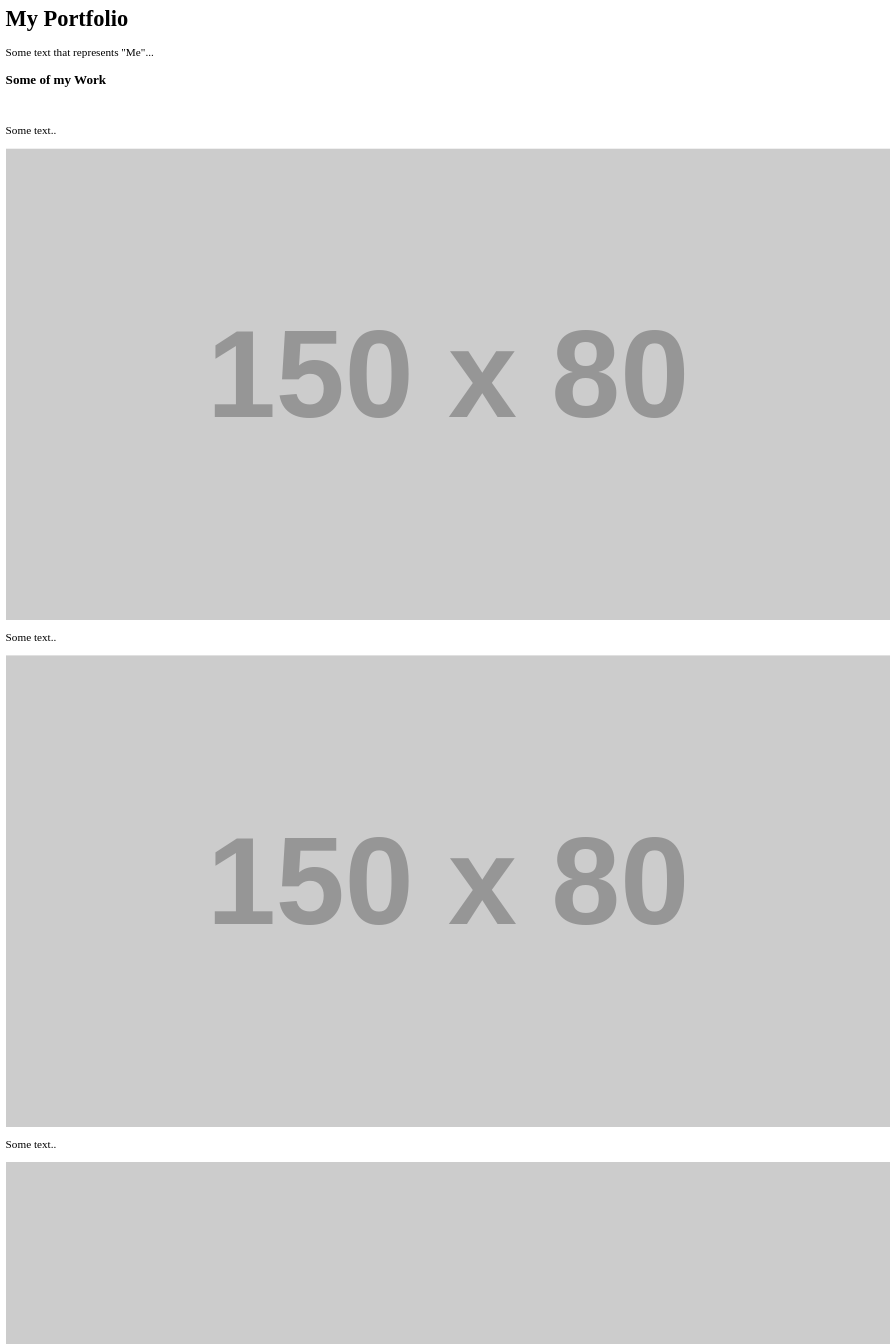
Repository: NeeleshPoojari/Project-2
Page: frontend_project2/WebContent/views/home.html
The author's editor kept a copy of each file at every save. The page is drawn from the files as they stood at one save, then again after the next save.
The browser window is 1280 px wide. The pictures show the part of the page from y = 0 to 1920 px (the page is 6117 px tall before and 6159 px after), at 70% of full size.

Above is the page before, as saved 2017-07-16 14:21:04.

### frontend_project2/WebContent/views/home.html
   <style>
    /* Remove the navbar's default margin-bottom and rounded borders */
    .navbar {
      margin-bottom: 0;
      border-radius: 0;
    }

    /* Add a gray background color and some padding to the footer */
    footer {
      background-color: #f2f2f2;
      padding: 25px;
    }
  </style>
</head>
<body>

<!-- <nav class="navbar navbar-inverse">
  <div class="container-fluid">
    <div class="navbar-header">
      <button type="button" class="navbar-toggle" data-toggle="collapse" data-target="#myNavbar">
        <span class="icon-bar"></span>
        <span class="icon-bar"></span>
        <span class="icon-bar"></span>
      </button>
      <a class="navbar-brand" href="#">Portfolio</a>
    </div>
    <div class="collapse navbar-collapse" id="myNavbar">
      <ul class="nav navbar-nav">
        <li class="active"><a href="#">Home</a></li>
        <li><a href="#">About</a></li>
        <li><a href="#">Gallery</a></li>
        <li><a href="#">Contact</a></li>
      </ul>
      <ul class="nav navbar-nav navbar-right">
        <li><a href="#"><span class="glyphicon glyphicon-log-in"></span> Login</a></li>
      </ul>
    </div>
  </div>
</nav> -->

<div class="jumbotron">
  <div class="container text-center">
    <h1>My Portfolio</h1>
    <p>Some text that represents "Me"...</p>
  </div>
</div>

<div class="container-fluid bg-3 text-center">
  <h3>Some of my Work</h3><br>
  <div class="row">
    <div class="col-sm-3">
      <p>Some text..</p>
      <img src="https://placehold.it/150x80?text=IMAGE" class="img-responsive" style="width:100%" alt="Image">
    </div>
    <div class="col-sm-3">
      <p>Some text..</p>
      <img src="https://placehold.it/150x80?text=IMAGE" class="img-responsive" style="width:100%" alt="Image">
    </div>
    <div class="col-sm-3">
      <p>Some text..</p>
      <img src="https://placehold.it/150x80?text=IMAGE" class="img-responsive" style="width:100%" alt="Image">
    </div>
    <div class="col-sm-3">
      <p>Some text..</p>
      <img src="https://placehold.it/150x80?text=IMAGE" class="img-responsive" style="width:100%" alt="Image">
    </div>
  </div>
</div><br>

<div class="container-fluid bg-3 text-center">
  <div class="row">
    <div class="col-sm-3">
      <p>Some text..</p>
      <img src="https://placehold.it/150x80?text=IMAGE" class="img-responsive" style="width:100%" alt="Image">
    </div>
    <div class="col-sm-3">
      <p>Some text..</p>
      <img src="https://placehold.it/150x80?text=IMAGE" class="img-responsive" style="width:100%" alt="Image">
    </div>
    <div class="col-sm-3">
      <p>Some text..</p>
      <img src="https://placehold.it/150x80?text=IMAGE" class="img-responsive" style="width:100%" alt="Image">
    </div>
    <div class="col-sm-3">
      <p>Some text..</p>
      <img src="https://placehold.it/150x80?text=IMAGE" class="img-responsive" style="width:100%" alt="Image">
    </div>
  </div>
</div><br><br>

<footer class="container-fluid text-center">
  <p>Footer Text</p>
</footer>

After the next save:
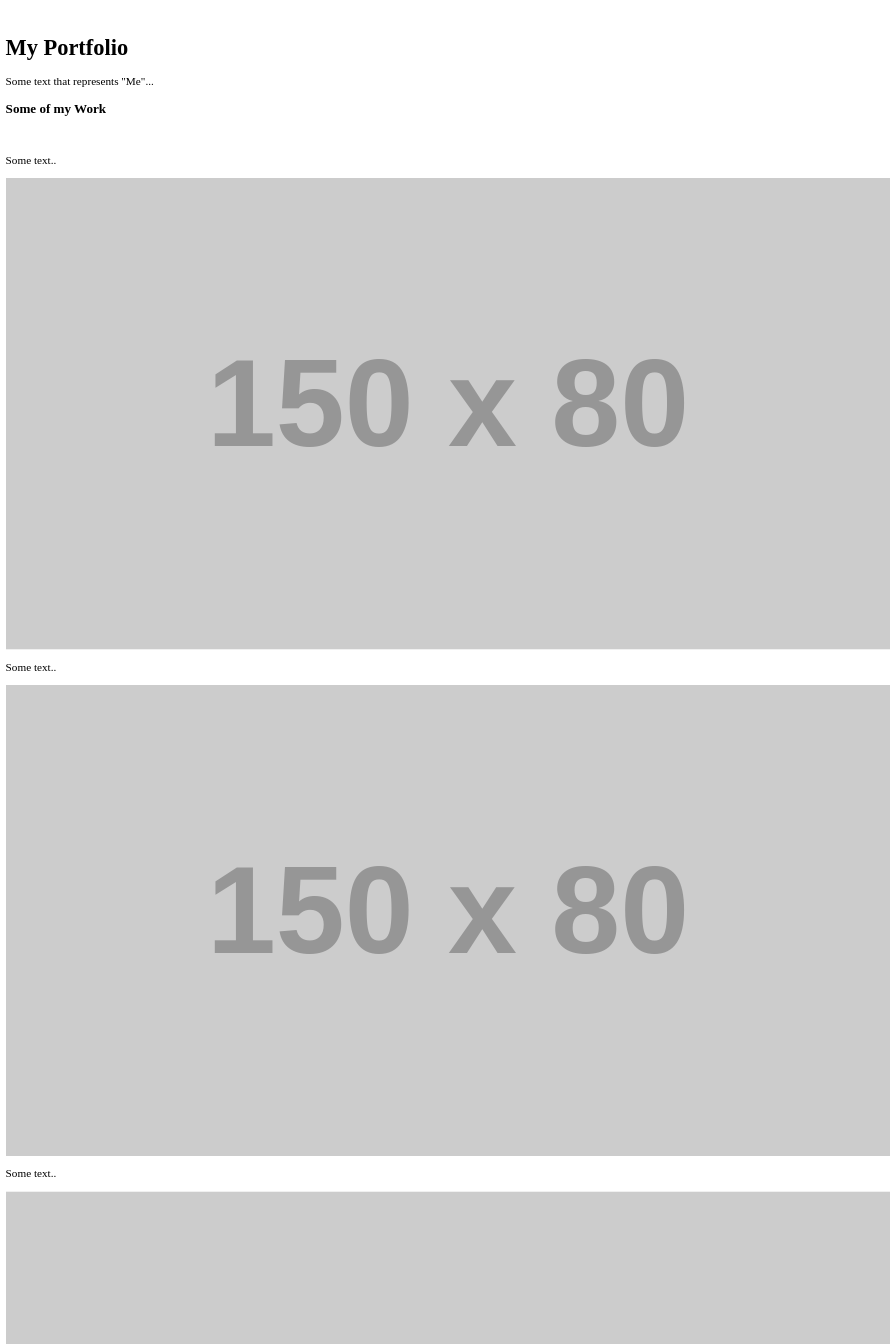
Saved 24 s later.
--- a/frontend_project2/WebContent/views/home.html
+++ b/frontend_project2/WebContent/views/home.html
@@ -38,7 +38,7 @@
   </div>
 </nav> -->
 
-<div class="jumbotron">
+<div class="jumbotron" style="margin-top: 50px;">
   <div class="container text-center">
     <h1>My Portfolio</h1>
     <p>Some text that represents "Me"...</p>
